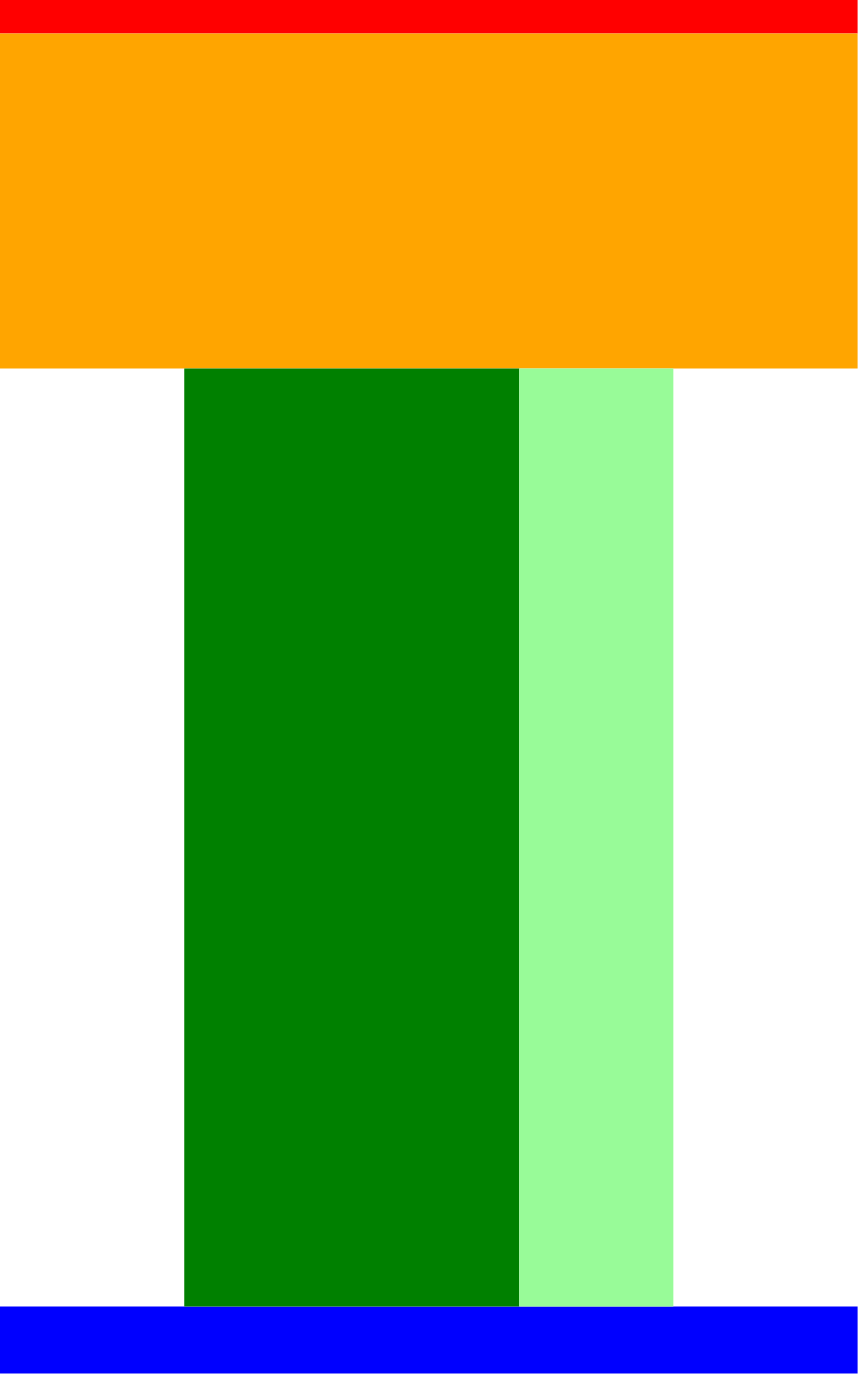
Repository: yuuyatada/API_sample_app
Page: htmlCP4/CP4index.html
The author's editor kept a record of every edit. The page is drawn from the files as they stood at one moment, then again after the next edit.
The browser window is 1280 px wide. The pictures show the whole page, at 67% of full size.

Above is the page before.

After the next edit:
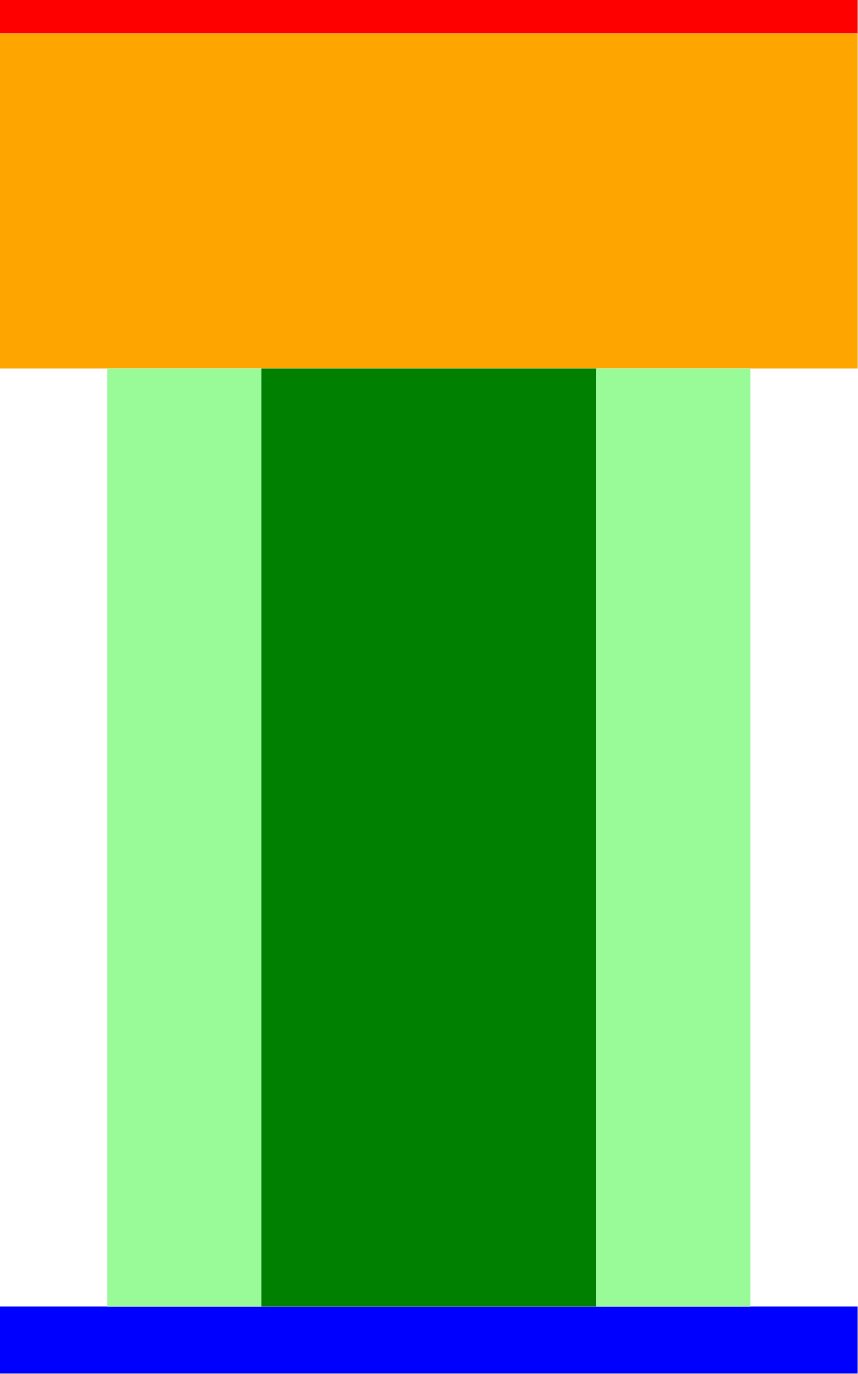
The edit:
--- a/htmlCP4/CP4index.html
+++ b/htmlCP4/CP4index.html
@@ -16,7 +16,7 @@
 
 
 <div class="main">
-    <div class="saidebar-left"></div>
+    <div class="sidebar-left"></div>
     <div class="blog"></div>
     <div class="sidebar-right"></div>
 
